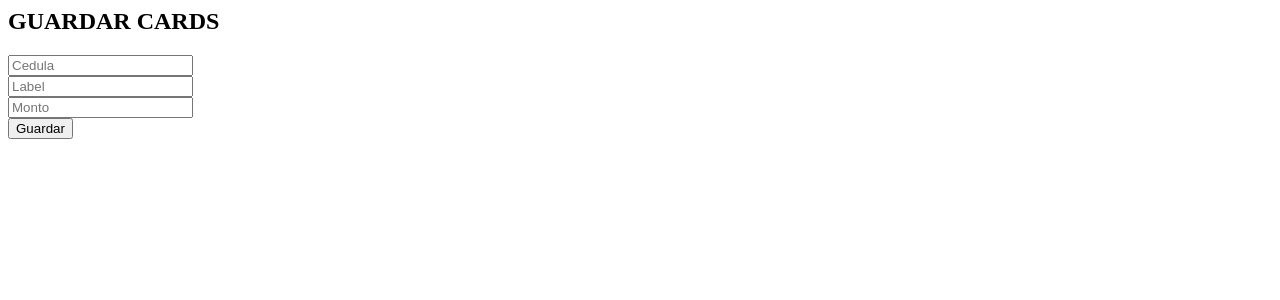
Repository: raalzate/creditcard
Page: CreditCardWeb/src/main/webapp/save.html
These files come from the project's save history. The page is drawn as it stood at one moment and after the next save; the edit follows.
The browser window is 1280 px wide. The pictures show the whole page.

Above is the page before, as saved 2016-05-27 18:28:03.

### CreditCardWeb/src/main/webapp/save.html
<h2>GUARDAR CARDS</h2>
<div ng-controller="saveController">
	<input type="text" name="cedula" placeholder="Cedula" ng-model="cedula"> <br />
	<input type="text" name="label" placeholder="Label" ng-model="label"> <br />
	<input type="text" name="mount" placeholder="Monto" ng-model="mount"> <br />

	<button name="buscar" ng-click="guardarCard()">Guardar</button>
</div>

After the next save:
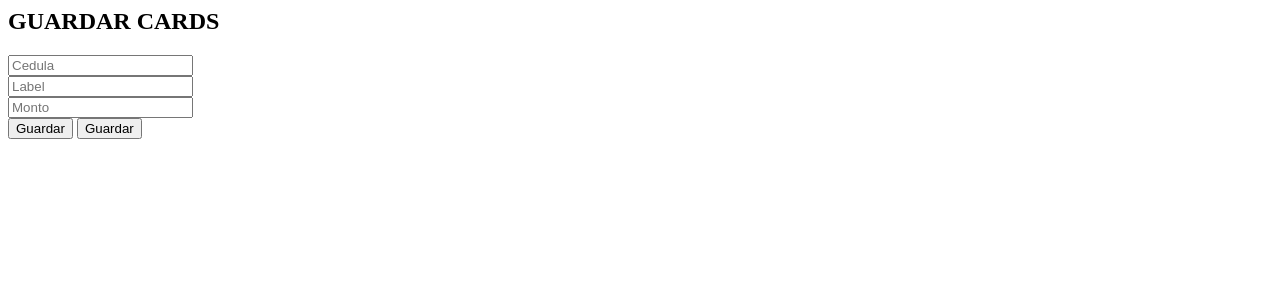
Saved 85 s later.
--- a/CreditCardWeb/src/main/webapp/save.html
+++ b/CreditCardWeb/src/main/webapp/save.html
@@ -4,5 +4,7 @@
 	<input type="text" name="label" placeholder="Label" ng-model="label"> <br />
 	<input type="text" name="mount" placeholder="Monto" ng-model="mount"> <br />
 
-	<button name="buscar" ng-click="guardarCard()">Guardar</button>
+	<button name="save" ng-click="guardarCard()">Guardar</button>
+	<button name="return" ng-click="return">Guardar</button>
+
 </div>
